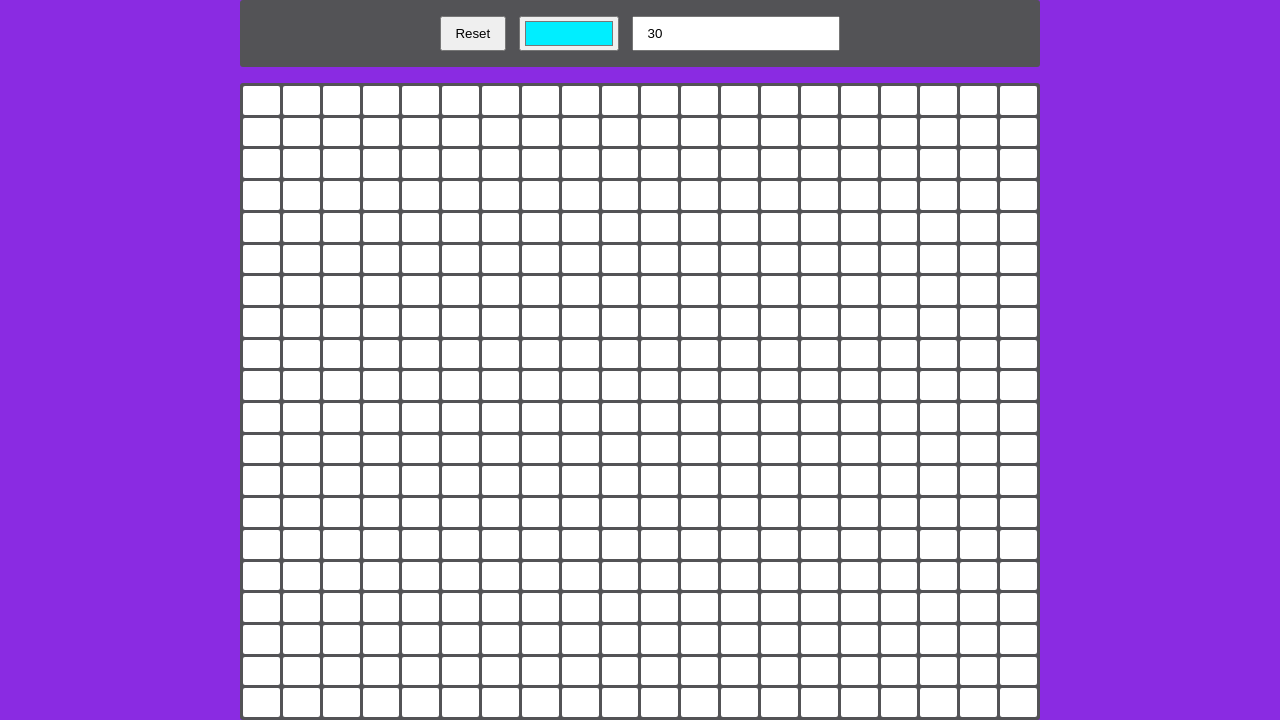
Repository: Larrowo/Challenges
Page: Pixel-Art/index.html
An editor plug-in stored every save of this project. The page is shown before and after the next save, followed by the edit.
The browser window is 1280 px wide. The pictures show the whole page.

Above is the page before, as saved 2022-04-20 12:46:27.

After the next save:
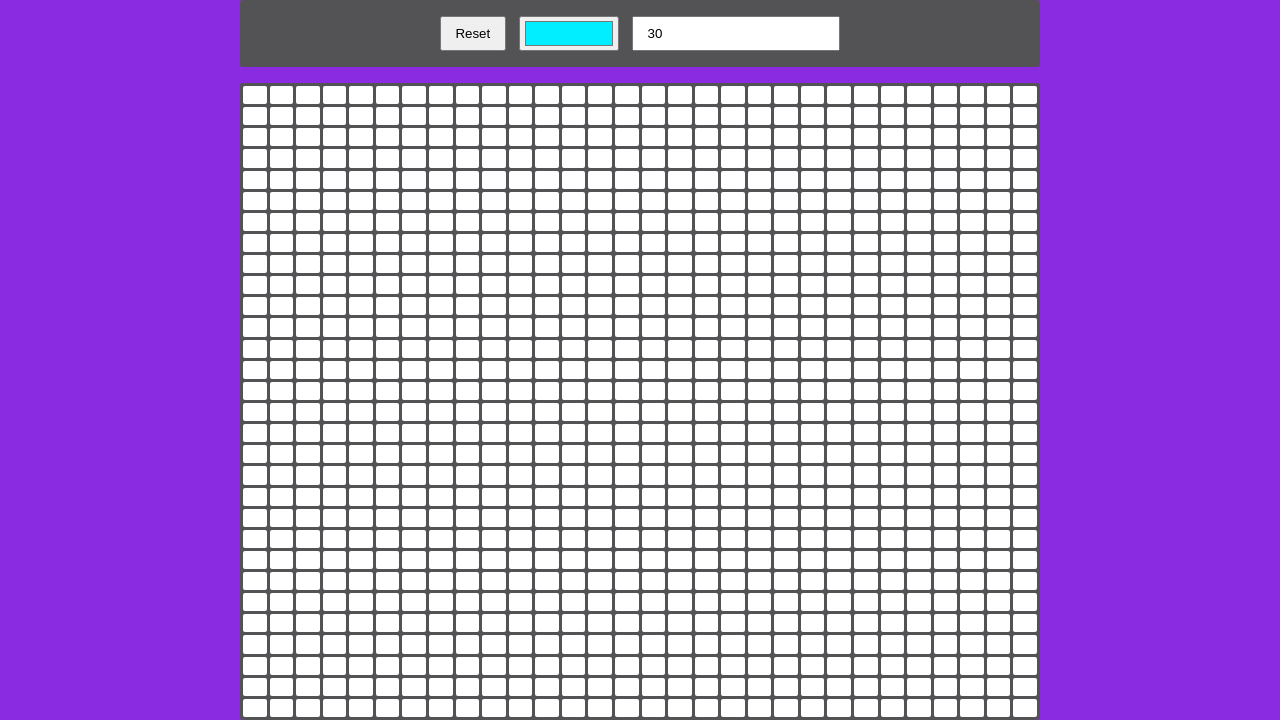
Saved 7 s later.
--- a/Pixel-Art/main.js
+++ b/Pixel-Art/main.js
@@ -13,4 +13,4 @@ function populate (size){
     }
 }
 
-populate(20)
+populate(size)
